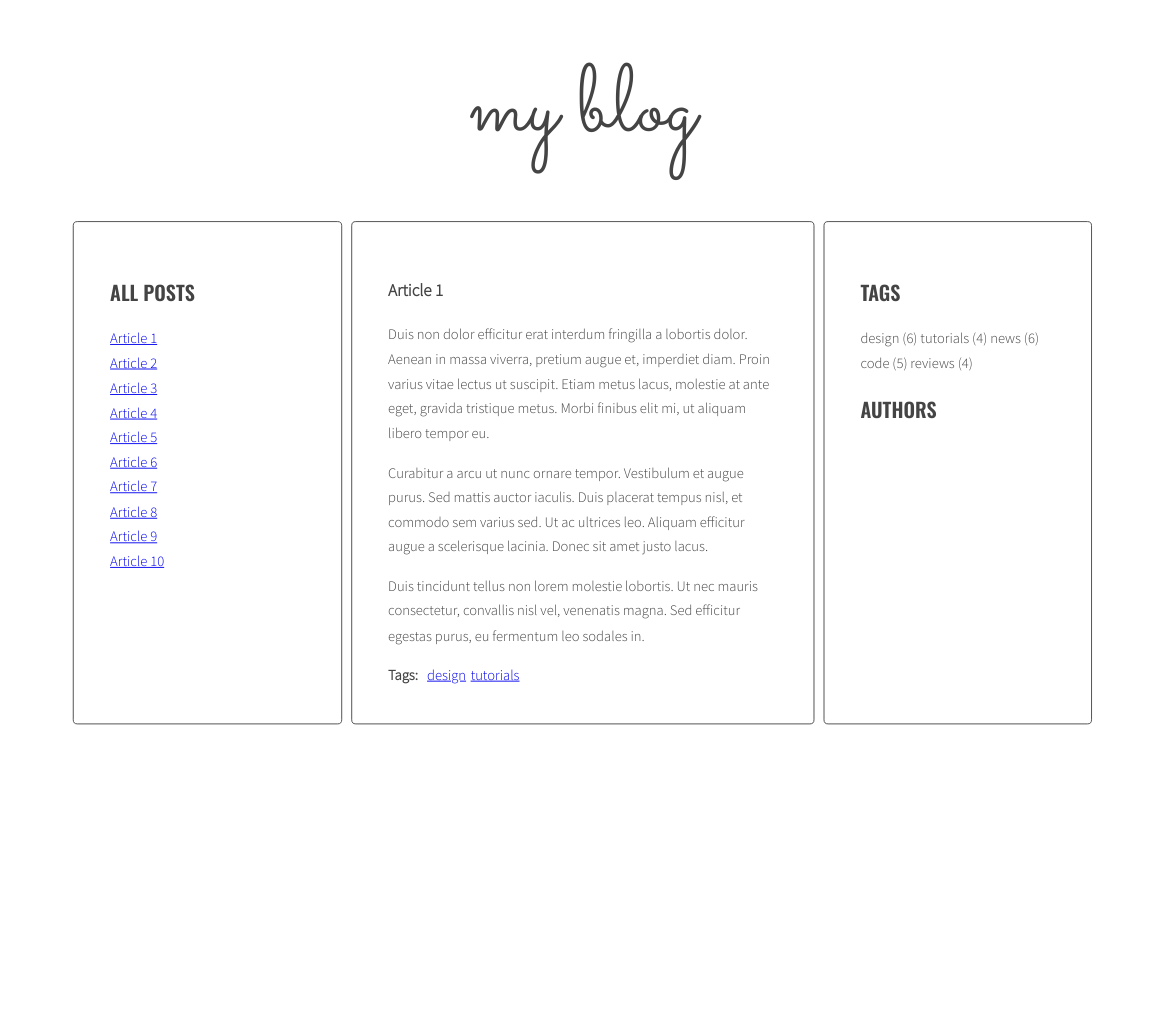
Repository: ulasup/javascript-blog
Page: index.html
These files come from the project's save history. The page is drawn as it stood at one moment and after the next save; the edit follows.
The browser window is 1280 px wide. The pictures show the whole page, at 91% of full size.
The style sheet was rebuilt from its Sass, Less or Tailwind sources for each picture, by a compiler version that may differ from the author's.

Above is the page before, as saved 2020-12-21 12:19:27.
Console error: ReferenceError: article is not defined

After the next save:
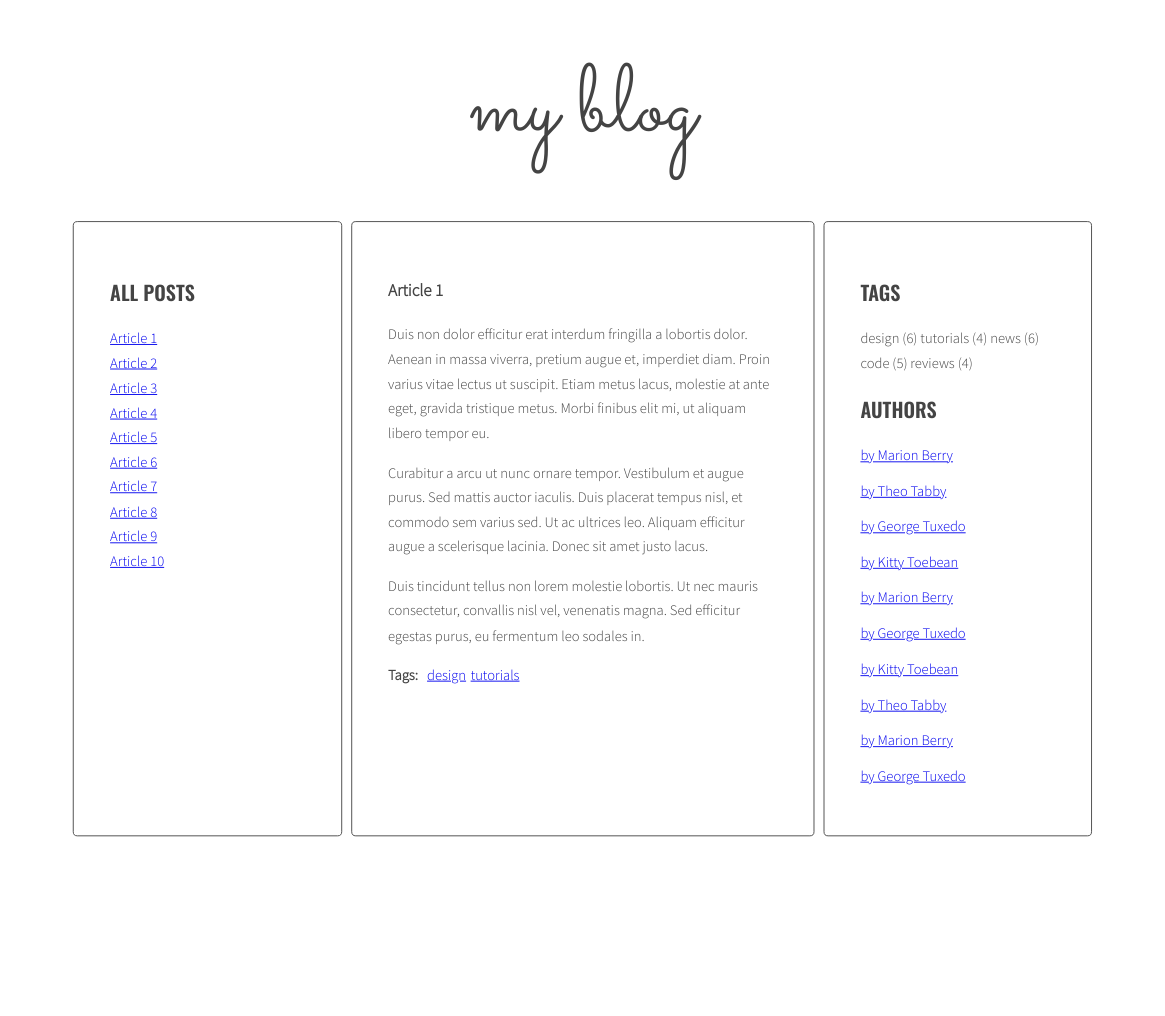
The error is gone.
Saved 32 s later.
--- a/js/script.js
+++ b/js/script.js
@@ -139,7 +139,7 @@ addClickListenersToTags();
 
 function generateAuthors(){
   const articles = document.querySelectorAll(optArticleSelector);
-  const authorsList = article.querySelector(optArticleAuthorSelector);
+  const authorsList = document.querySelector(optArticleAuthorSelector);
   let html = '';
   for (let article of articles){
     const articleAuthor = article.getAttribute('data-author');
